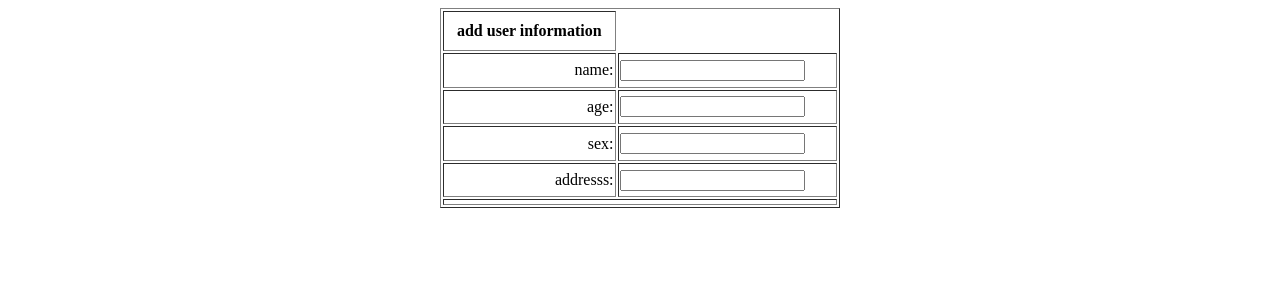
Repository: GetHubByYc/MyEclipse
Page: http://localhost/jsp_6/
An editor plug-in stored every save of this project. The page is shown before and after the next save, followed by the edit.
The browser window is 1280 px wide. The pictures show the whole page.
The page is served by Tomcat 9. Other server files are loaded and not shown.

Above is the page before, as saved 2015-11-09 04:56:39.

### jsp_6/WebRoot/index.jsp
<%@ page language="java" import="java.util.*" pageEncoding="ISO-8859-1"%>
<%
String path = request.getContextPath();
String basePath = request.getScheme()+"://"+request.getServerName()+":"+request.getServerPort()+path+"/";
%>

<!DOCTYPE HTML PUBLIC "-//W3C//DTD HTML 4.01 Transitional//EN">
<html>
  <head>
    <base href="<%=basePath%>">

    <title>My JSP 'index.jsp' starting page</title>
	<meta http-equiv="pragma" content="no-cache">
	<meta http-equiv="cache-control" content="no-cache">
	<meta http-equiv="expires" content="0">
	<meta http-equiv="keywords" content="keyword1,keyword2,keyword3">
	<meta http-equiv="description" content="This is my page">
	<!--
	<link rel="stylesheet" type="text/css" href="styles.css">
	-->
  </head>

  <body>
  	<form action='reg.jsp' method='post'>
  		<table align='center' width='400' height='200' border='1'>
  			<tr>
  				<td align='center' height='40'>
  					<b>add user information</b>
  				</td>
  			</tr>
  			<tr>
  				<td align='right'>name: </td>
  				<td>
  					<input type='text' name='name'>
  				</td>
  			</tr>
			<tr>
  				<td align='right'>age: </td>
  				<td>
  					<input type='text' name='age'>
  				</td>
  			</tr>
  			<tr>
  				<td align='right'>sex: </td>
  				<td>
  					<input type='text' name='sex'>
  				</td>
  			</tr>
  			<tr>
  				<td align='right'>addresss: </td>
  				<td>
  					<input type='text' name='addr'>
  				</td>
  			</tr>
  			<tr>
  				<td align='center' colspan='2'>
  				</td>
  			</tr>
  		</table>
  	</form>
  </body>
</html>

After the next save:
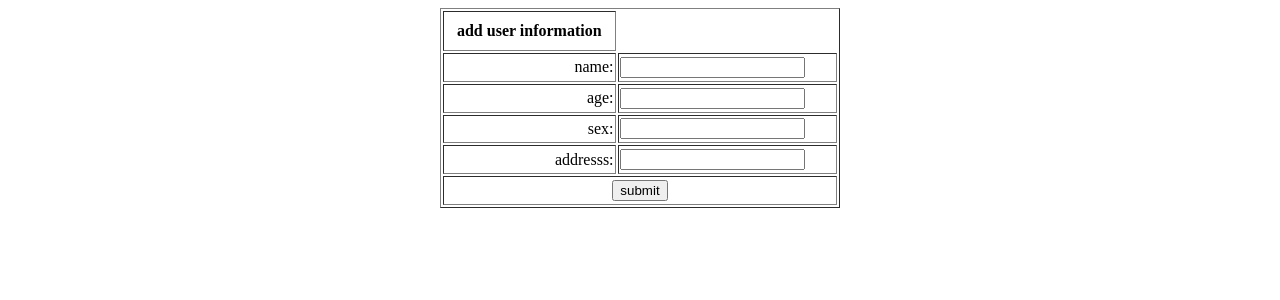
Saved 28 s later.
--- a/jsp_6/WebRoot/index.jsp
+++ b/jsp_6/WebRoot/index.jsp
@@ -54,6 +54,7 @@ String basePath = request.getScheme()+"://"+request.getServerName()+":"+request.
   			</tr>
   			<tr>
   				<td align='center' colspan='2'>
+  					<input type='submit' value='submit'>
   				</td>
   			</tr>
   		</table>
